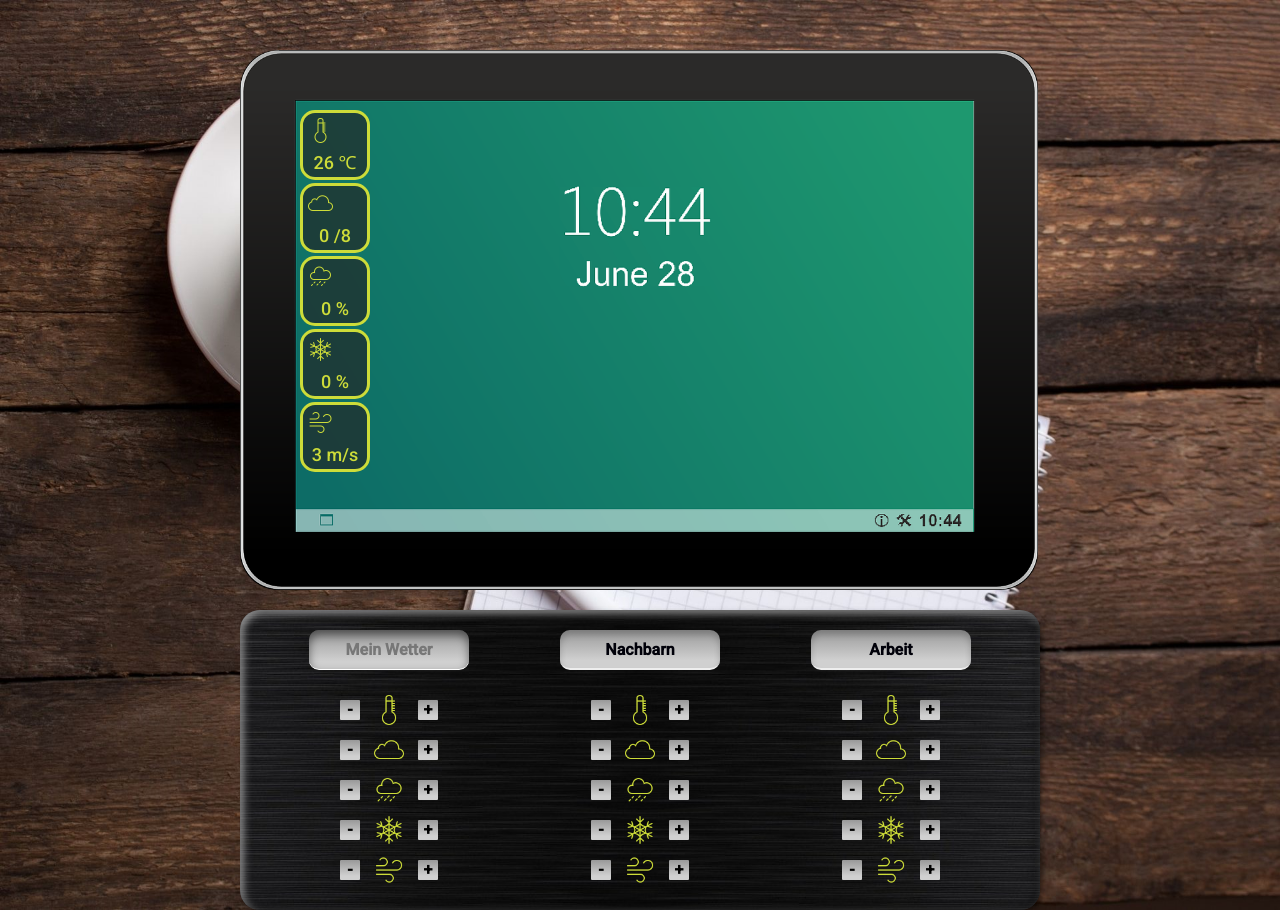
Repository: NadiaSchmitz/wetter.githab.io
Page: index.html
The author's editor kept a record of every edit. The page is drawn from the files as they stood at one moment, then again after the next edit.
The browser window is 1280 px wide. The pictures show the whole page.
The first visible `.weather_button` is being pressed.

Above is the page before.
Not found: styles/background1.css
Not found: styles/background2.css
Not found: styles/background3.css

### index.html
<!DOCTYPE html>
<html>

<head>
  <meta charset="utf-8" />
  <title>Das Wetter</title>
  <link rel="stylesheet" href="./styles/reset.css" type="text/css" />
  <link rel="stylesheet" href="./styles/style.css" type="text/css" />
  <link rel="stylesheet" href="./styles/icons.css" type="text/css" />
  <link rel="stylesheet" href="./styles/table.css" type="text/css" />
  <link rel="stylesheet" href="./styles/tablet.css" type="text/css" />
  <link rel="stylesheet" href="./styles/keyboard.css" type="text/css" />
  <link rel="stylesheet" href="./styles/background1.css" type="text/css" />
  <link rel="stylesheet" href="./styles/background2.css" type="text/css" />
  <link rel="stylesheet" href="./styles/background3.css" type="text/css" />
  <meta name="viewport" content="width=device-width, initial-scale=1.0">
  <link rel="preconnect" href="https://fonts.googleapis.com">
  <link rel="preconnect" href="https://fonts.gstatic.com" crossorigin>
  <link href="https://fonts.googleapis.com/css2?family=Roboto:wght@500&display=swap" rel="stylesheet">
  <link rel="shortcut icon" href="./images/favicon.png" type="image/x-icon">
  <script src="https://ajax.googleapis.com/ajax/libs/jquery/2.2.0/jquery.min.js"></script>

</head>

<body>
  <section class="wrapper">
    <div class="coffee"></div>
    <section class="inner_wrapper">
      <div class="weather_wrapper">
        <div id="weather" class="main_layout_my_weather">
        <div id="layout_1" class="layout1_my_weather"></div>
        <div class="status_wrapper">
          <div class="status status_temperature">
            <div class="status_value status_temperature_value">
              <span class="temperature_value">26</span>
              <span>&#8451;</span>
            </div>
          </div>
          <div class="status status_clouds">
            <div class="status_value status_clouds_value">
              <span class="clouds_value">0</span>
              <span>/8</span>
            </div>
          </div>
          <div class="status status_rain">
            <div class="status_value status_rain_value">
              <span class="rain_value">0</span>
              <span>%</span>
            </div>
          </div>
          <div class="status status_snow">
            <div class="status_value status_snow_value">
              <span class="snow_value">0</span>
              <span>%</span>
            </div>
          </div>
          <div class="status status_wind">
            <div class="status_value status_wind_value">
              <span class="wind_value">3</span>
              <span>m/s</span>
            </div>
          </div>
        </div>
      </div>
      </div>
      <div class="control">
        <div class="control_keyboard">
          <div class="control_keyboard_section">
            <div class="weather_button_wrapper">
              <span id="myWeather" class="weather_button active_button my" data-info="my">Mein Wetter</span>
            </div>
            <div class="control_keyboard_content">
              <div class="control_keyboard_content_item">
                <span class="control_button minus temperatur_minus active_control_button" data-info="my">-</span>
                <span class="control_weather temperatur_value_control"></span>
                <span class="control_button plus temperatur_plus active_control_button" data-info="my">+</span>
              </div>
              <div class="control_keyboard_content_item">
                <span class="control_button minus clouds_minus">-</span>
                <span class="control_weather clouds_value_control"></span>
                <span class="control_button plus clouds_plus">+</span>
              </div>
              <div class="control_keyboard_content_item">
                <span class="control_button clouds_minus">-</span>
                <span class="control_weather rain_value_control"></span>
                <span class="control_button clouds_plus">+</span>
              </div>
              <div class="control_keyboard_content_item">
                <span class="control_button clouds_minus">-</span>
                <span class="control_weather snow_value_control"></span>
                <span class="control_button clouds_plus">+</span>
              </div>
              <div class="control_keyboard_content_item">
                <span class="control_button clouds_minus">-</span>
                <span class="control_weather wind_value_control"></span>
                <span class="control_button clouds_plus">+</span>
              </div>
            </div>
          </div>
          <div class="control_keyboard_section">
            <div class="weather_button_wrapper">
              <span id="nachbarnWeather" class="weather_button" data-info="nachbarn">Nachbarn</span>
            </div>
            <div class="control_keyboard_content">
              <div class="control_keyboard_content_item">
                <span class="control_button minus temperatur_minus" data-info="nachbarn">-</span>
                <span class="control_weather temperatur_value_control"></span>
                <span class="control_button plus temperatur_plus" data-info="nachbarn">+</span>
              </div>
              <div class="control_keyboard_content_item">
                <span class="control_button minus clouds_minus">-</span>
                <span class="control_weather clouds_value_control"></span>
                <span class="control_button plus clouds_plus">+</span>
              </div>
              <div class="control_keyboard_content_item">
                <span class="control_button clouds_minus">-</span>
                <span class="control_weather rain_value_control"></span>
                <span class="control_button clouds_plus">+</span>
              </div>
              <div class="control_keyboard_content_item">
                <span class="control_button clouds_minus">-</span>
                <span class="control_weather snow_value_control"></span>
                <span class="control_button clouds_plus">+</span>
              </div>
              <div class="control_keyboard_content_item">
                <span class="control_button clouds_minus">-</span>
                <span class="control_weather wind_value_control"></span>
                <span class="control_button clouds_plus">+</span>
              </div>
            </div>
          </div>
          <div class="control_keyboard_section">
            <div class="weather_button_wrapper">
              <span id="arbeitWeather" class="weather_button" data-info="arbeit">Arbeit</span>
            </div>
            <div class="control_keyboard_content">
              <div class="control_keyboard_content_item">
                <span class="control_button minus temperatur_minus" data-info="arbeit">-</span>
                <span class="control_weather temperatur_value_control"></span>
                <span class="control_button plus temperatur_plus" data-info="arbeit">+</span>
              </div>
              <div class="control_keyboard_content_item">
                <span class="control_button minus clouds_minus">-</span>
                <span class="control_weather clouds_value_control"></span>
                <span class="control_button plus clouds_plus">+</span>
              </div>
              <div class="control_keyboard_content_item">
                <span class="control_button clouds_minus">-</span>
                <span class="control_weather rain_value_control"></span>
                <span class="control_button clouds_plus">+</span>
              </div>
              <div class="control_keyboard_content_item">
                <span class="control_button clouds_minus">-</span>
                <span class="control_weather snow_value_control"></span>
                <span class="control_button clouds_plus">+</span>
              </div>
              <div class="control_keyboard_content_item">
                <span class="control_button clouds_minus">-</span>
                <span class="control_weather wind_value_control"></span>
                <span class="control_button clouds_plus">+</span>
              </div>
            </div>
          </div>
        </div>
      </div>
    </section>
  </section>
  <script type="text/javascript" src="./js/weather.js"></script>
  <script type="text/javascript" src="./js/general.js"></script>
</body>

</html>

### styles/reset.css
html, body, div, span, applet, object, iframe,
h1, h2, h3, h4, h5, h6, p, blockquote, pre,
a, abbr, acronym, address, big, cite, code,
del, dfn, em, img, ins, kbd, q, s, samp,
small, strike, strong, sub, sup, tt, var,
b, u, i, center,
dl, dt, dd, ol, ul, li,
fieldset, form, label, legend,
table, caption, tbody, tfoot, thead, tr, th, td,
article, aside, canvas, details, embed,
figure, figcaption, footer, header, hgroup,
menu, nav, output, ruby, section, summary,
time, mark, audio, video {
	margin: 0;
	padding: 0;
	box-sizing: border-box;
	border: 0;
	font-size: 100%;
	font: inherit;
	vertical-align: baseline;
}
/* HTML5 display-role reset for older browsers */
article, aside, details, figcaption, figure,
footer, header, hgroup, menu, nav, section {
	display: block;
}
body {
	line-height: 1;
}
ol, ul {
	list-style: none;
}
blockquote, q {
	quotes: none;
}
blockquote:before, blockquote:after,
q:before, q:after {
	content: '';
	content: none;
}
table {
	border-collapse: collapse;
	border-spacing: 0;
}

### styles/style.css
.wrapper {
  min-height: calc(100vh);
  background-size: cover;
  background-repeat: no-repeat;
}

.inner_wrapper {
  font-family: 'Roboto', sans-serif;
  padding: 50px  0 0 0;
}

.weather_wrapper {
  width: 800px;
  height: 540px;
  background-size: contain;
  background-repeat: no-repeat;
  margin: 0 auto 20px;
  padding: 50px;
}

#weather {
  position: relative;
  width: 700px;
  height: 440px;
  background-size: cover;
  background-repeat: no-repeat;
  background-position: 50%;
  margin: 0 auto;
}

#layout_1 {
  position: absolute;
  top: 0;
  bottom: 0;
  left: 0;
  right: 0;
  background-size: cover;
  background-position: 40% 0;
}

.status_wrapper {
  padding: 10px 0 0 10px;
}

.status {
  position: relative;
  width: 70px;
  height: 70px;
  border-radius: 15px;
  border: 3px solid #cddc39;
  background-size: 25px;
  background-position: 5px 5px;
  background-repeat: no-repeat;
  background-color: rgb(36 36 36 / 66%);
  margin: 0 0 3px 0;
}

.status:last-of-type {
  margin: 0;
}

.status_value {
  font-size: 18px;
  line-height: 40px;
  text-align: center;
  color: #cddc39;
  margin: 30px 0 0 0;
}

.control {

}

.control_keyboard {
  width: 800px;
  height: 300px;
  background-color: #3a3939;
  background-size: cover;
  border-radius: 20px;
  text-align: center;
  box-shadow: inset rgba(0,0,0,.5) -3px -3px 8px, inset rgb(179 178 178 / 90%) 3px 3px 8px, rgba(0,0,0,.8) 3px 3px 8px -3px;
  margin: 0 auto;
  padding: 20px;
}

.control_keyboard_section {
  display: inline-block;
  vertical-align: top;
  width: 32.5%;
  padding: 0 10px 0 10px;
}

.weather_button_wrapper {
  margin: 0 0 30px 0;
}

.weather_button {
  width: 160px;
  height: 40px;
  border-bottom: 2px solid #eee;
  box-shadow: inset rgba(0,0,0,0.2) 0px 5px 6px;
  display: block;
  font-size: 16px;
  line-height: 40px;
  color: #000009;
  font-weight: 700;
  text-align: center;
  text-decoration: none;
  background-image: -webkit-linear-gradient(top, #999, #d0d0d0 80%);
  background-image: -moz-linear-gradient(top, #999, #d0d0d0 80%);
  background-image: -ms-linear-gradient(top, #999, #d0d0d0 80%);
  background-image: -o-linear-gradient(top, #999, #d0d0d0 80%);
  background-image: linear-gradient(top, #999, #d0d0d0 80%);
  -moz-border-radius: 10px;
  -webkit-border-radius: 10px;
  border-radius: 10px;
  -webkit-transition: all .1s ease-in;
  -moz-transition: all .1s ease-in;
  -ms-transition: all .1s ease-in;
  -o-transition: all .1s ease-in;
  transition: all .1s ease-in;
  cursor: pointer;
  margin: 0 auto;
}

.weather_button:hover {
  -webkit-box-shadow: rgba(0,0,0,.4) 0 3px 8px;
  -moz-box-shadow: rgba(0,0,0,.4) 0 3px 8px;
  box-shadow: rgba(0,0,0,.4) 0 3px 8px;
}

.weather_button:active {
  color: #777;
  border-bottom: 1px solid #fff;
  -webkit-box-shadow: inset rgba(0,0,0,.5) 0px 5px 10px;
  -moz-box-shadow: inset rgba(0,0,0,.5) 0px 5px 10px;
  box-shadow: inset rgba(0,0,0,.5) 0px 5px 10px;
}

.aktive_button {
  color: #cddc39;
  text-shadow: 1px 1px 2px rgb(94 92 92);
}

.control_keyboard_content_item {
  margin: 0 0 15px 0;
}

.control_button {
  display: inline-block;
  vertical-align: top;
  width: 20px;
  height: 20px;
  font-size: 16px;
  line-height: 20px;
  font-weight: 700;
  text-align: center;
  background-image: -webkit-linear-gradient(top, #999, #d0d0d0 80%);
  background-image: -moz-linear-gradient(top, #999, #d0d0d0 80%);
  background-image: -ms-linear-gradient(top, #999, #d0d0d0 80%);
  background-image: -o-linear-gradient(top, #999, #d0d0d0 80%);
  background-image: linear-gradient(top, #999, #d0d0d0 80%);
  -moz-border-radius: 1px;
  -webkit-border-radius: 1px;
  border-radius: 1px;
  -webkit-transition: all .1s ease-in;
  -moz-transition: all .1s ease-in;
  -ms-transition: all .1s ease-in;
  -o-transition: all .1s ease-in;
  transition: all .1s ease-in;
}

.control_weather {
  display: inline-block;
  vertical-align: top;
  width: 30px;
  height: 30px;
  background-position: 50%;
  background-size: cover;
  margin: -5px 10px 0 10px;
}

### js/weather.js
var weatherArray = [];
weatherArray = [{
    weatherOwner: "myWeather",
    controlButtonClass: "my_weather_control",
    temperaturUnderLimit: 25,
    temperaturStandart: 26,
    temperaturUpperLimit: 27,
    cloudsUnderLimit: 0,
    cloudsStandart: 0,
    cloudsUpperLimit: 1,
    rainUnderLimit: 0,
    rainStandart: 0,
    rainUpperLimit: 5,
    snowUnderLimit: 0,
    snowStandart: 0,
    snowUpperLimit: 0,
    windUnderLimit: 3,
    windStandart: 3,
    windUpperLimit: 5,
    mainLayoutClass: "main_layout_my_weather",
    layout1: "layout1_my_weather",
    layout2: ""
  },

  {
    weatherOwner: "nachbarnWeather",
    controlButtonClass: "nachbarn_weather_control",
    temperaturUnderLimit: 3,
    temperaturStandart: 5,
    temperaturUpperLimit: 8,
    cloudsUnderLimit: 7,
    cloudsStandart: 8,
    cloudsUpperLimit: 9,
    rainUnderLimit: 80,
    rainStandart: 90,
    rainUpperLimit: 100,
    snowUnderLimit: 0,
    snowStandart: 0,
    snowUpperLimit: 0,
    windUnderLimit: 20,
    windStandart: 30,
    windUpperLimit: 40,
    mainLayoutClass: "main_layout_nachbarn_weather",
    layout1: "layout1_nachbarn_weather",
    layout2: ""
  },

  {
    weatherOwner: "arbeitWeather",
    controlButtonClass: "arbeit_weather_control",
    temperaturUnderLimit: -10,
    temperaturStandart: -20,
    temperaturUpperLimit: -30,
    cloudsUnderLimit: 3,
    cloudsStandart: 4,
    cloudsUpperLimit: 5,
    rainUnderLimit: 0,
    rainStandart: 0,
    rainUpperLimit: 0,
    snowUnderLimit: 30,
    snowStandart: 50,
    snowUpperLimit: 80,
    windUnderLimit: 0,
    windStandart: 0,
    windUpperLimit: 0,
    mainLayoutClass: "main_layout_arbeit_weather",
    layout1: "layout1_arbeit_weather",
    layout2: ""
  },
]

$(document).ready(function() {
  $(".weather_button").click(function() {
    $('.weather_button').removeClass('active_button');
    $(this).addClass('active_button');
    $('.control_button').removeClass('active_control_button');
    var activeAttr = $('.active_button').attr('data-info');
    console.log(activeAttr)
    $('.control_button').each(function() {
      if ($(this).hasClass(activeAttr)) {
        $(this).addClass('active_control_button')
      }
    });

    var buttonId = $(this).attr('id');

    for (var i = 0; i < weatherArray.length; i++) {
      if (buttonId == weatherArray[i].weatherOwner) {
        var styleId = i;
        $(buttonId).addClass('active_button');
        $('#weather').removeClass().addClass(weatherArray[styleId].mainLayoutClass);
        $('#layout_1').removeClass().addClass(weatherArray[styleId].layout1);
        $('.temperature_value').html(weatherArray[styleId].temperaturStandart);
        $('.clouds_value').html(weatherArray[styleId].cloudsStandart);
        $('.rain_value').html(weatherArray[styleId].rainStandart);
        $('.snow_value').html(weatherArray[styleId].snowStandart);
        $('.wind_value').html(weatherArray[styleId].windStandart);
      }
    }
  });
})

$(document).ready(function() {
  $(".active_control_button").click(function() {
    var activeButton = $('.active_button');
    if ($('.active_button').hasClass('my')) {
      if ($(this).hasClass('temperature_minus')) {
        var temperaturValue = $(this).html();
        console.log(temperaturValue)
      }
    }
    else if ($('.active_button').hasClass('nachbarn')) {

    } else {

    }

  });
})

### js/general.js
$(document).ready(function() {
    var widthScreen = $(window).width() - 700;
    var heightScreen = widthScreen / 1.5;

    var screenRatio = widthScreen / heightScreen;

    console.log(widthScreen);
    console.log(heightScreen);
    console.log(screenRatio);

    $(".weather").css("width", widthScreen);
    $(".weather").css("height", heightScreen);
})

Loaded but not shown: styles/icons.css (library); styles/table.css (library); styles/tablet.css (library); styles/keyboard.css (library)

After the next edit:
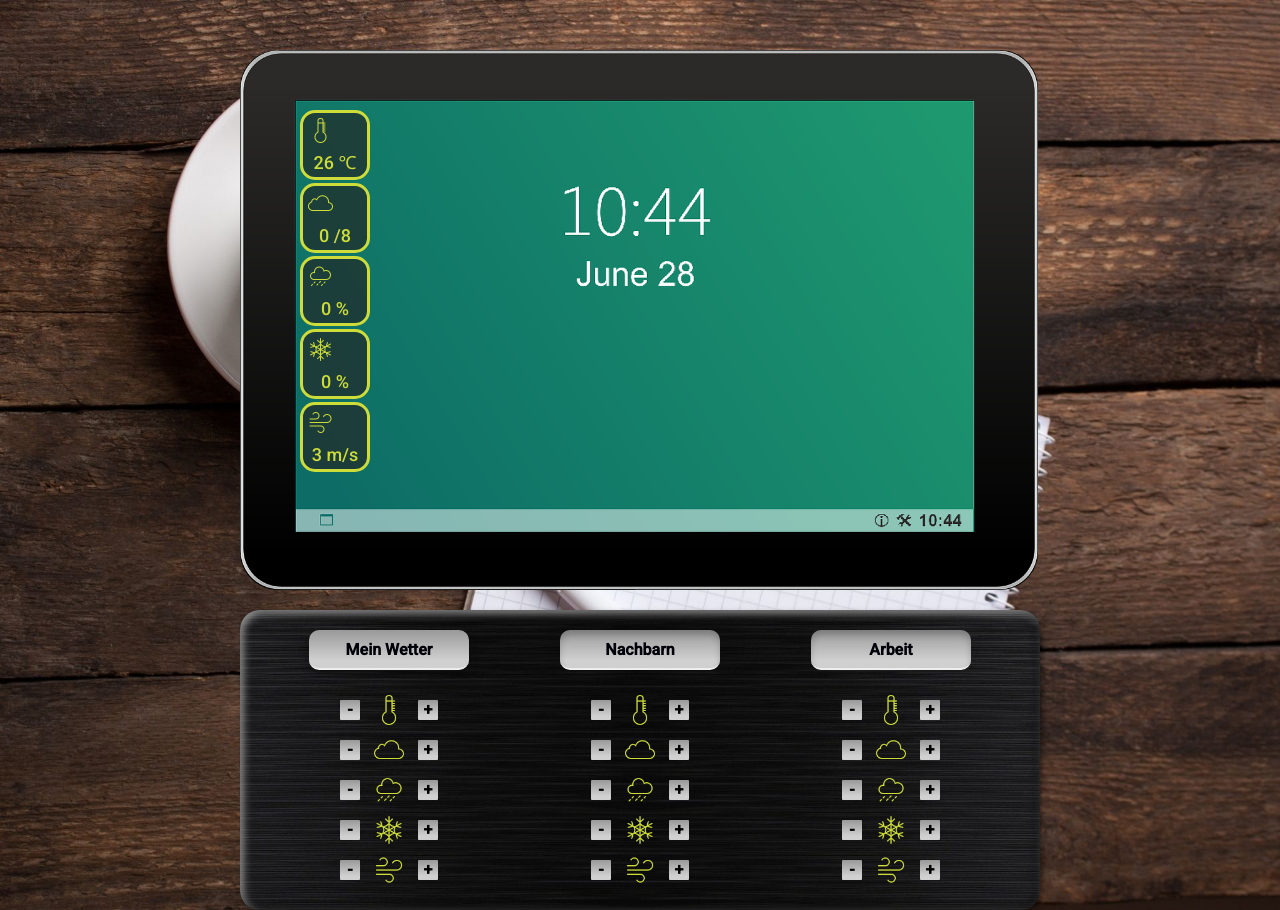
The edit:
--- a/styles/style.css
+++ b/styles/style.css
@@ -129,14 +129,6 @@
   box-shadow: rgba(0,0,0,.4) 0 3px 8px;
 }
 
-.weather_button:active {
-  color: #777;
-  border-bottom: 1px solid #fff;
-  -webkit-box-shadow: inset rgba(0,0,0,.5) 0px 5px 10px;
-  -moz-box-shadow: inset rgba(0,0,0,.5) 0px 5px 10px;
-  box-shadow: inset rgba(0,0,0,.5) 0px 5px 10px;
-}
-
 .aktive_button {
   color: #cddc39;
   text-shadow: 1px 1px 2px rgb(94 92 92);
